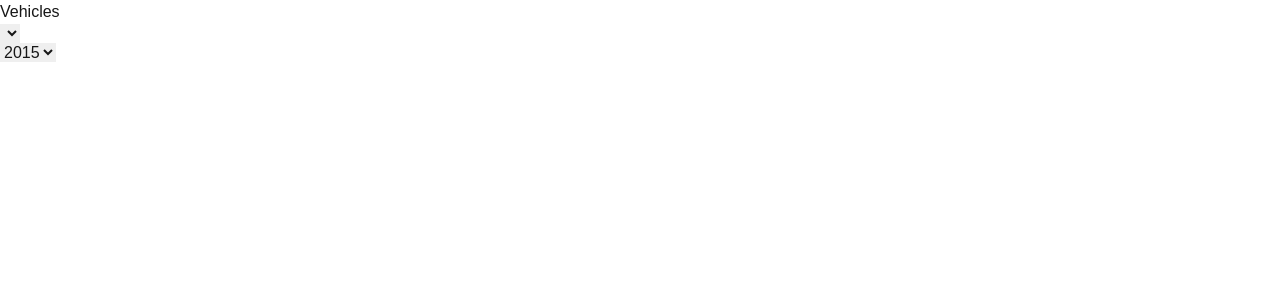
Repository: purpleFade/car-dealer-app
Page: /
An editor plug-in stored every save of this project. The page is shown before and after a run of saves, followed by the edit.
The browser window is 1280 px wide. The pictures show the whole page.
The page's requests for data from a server got no answer. The project was rebuilt for these pictures with package versions that can differ from the ones it lists, and the page was loaded fresh each time. The framework's server and built-in components were replaced by stand-ins that run in the browser. No one was signed in, and anything a server would have sent is missing. Also part of the build but not shown: next.config.ts.

Above is the page before, as saved 2024-12-21 10:44:16.

### src/app/page.tsx
'use client';

import { Vehicle } from '@/types/vehicle';
import { useEffect, useState } from 'react';

const years = Array.from({ length: 2024 - 2015 + 1 }, (_, i) => 2015 + i);

const fetchVehicles = async (): Promise<Vehicle[]> => {
  const response = await fetch(
    'https://vpic.nhtsa.dot.gov/api/vehicles/GetMakesForVehicleType/car?format=json',
  );
  const data = await response.json();

  return data.Results;
};

export default function Home() {
  const [vehicles, setVehicles] = useState<Vehicle[]>([]);

  useEffect(() => {
    fetchVehicles().then((vehicles) => setVehicles(vehicles));
  });

  return (
    <div className=''>
      <h1 className=''>Vehicles</h1>
      <select className="block w-15">
        {vehicles.map((vehicle) => (
          <option key={vehicle.MakeId} value={vehicle.MakeId} className="text-purple-800">
            {vehicle.MakeName}
          </option>
        ))}
      </select>

      <select className="block w-15">
        {years.map((year) => (
          <option key={year} value={year} className="text-purple-800">
            {year}
          </option>
        ))}
      </select>
    </div>
  );
}

Loaded but not shown: src/app/layout.tsx (common file); src/app/globals.css (common file); tailwind.config.ts (common file)

After the next 2 saves:
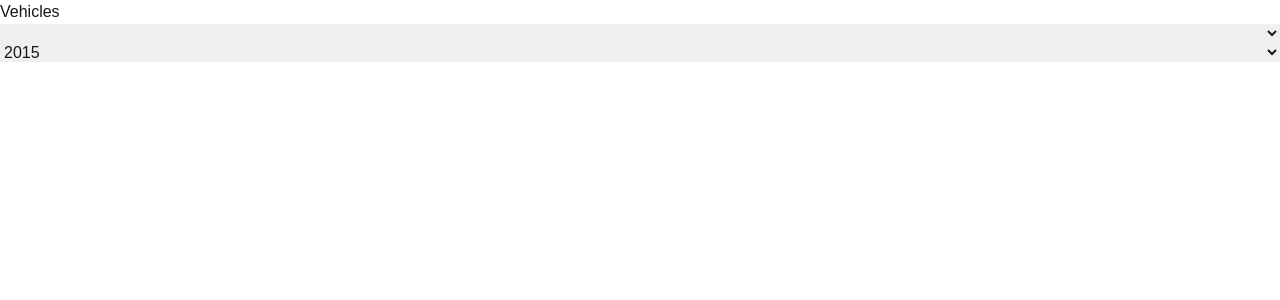
The 2 saves are shown as one change because they came seconds apart.
The last was saved 8 s later.
--- a/src/app/page.tsx
+++ b/src/app/page.tsx
@@ -24,7 +24,7 @@ export default function Home() {
   return (
     <div className=''>
       <h1 className=''>Vehicles</h1>
-      <select className="block w-15">
+      <select className="block w-full">
         {vehicles.map((vehicle) => (
           <option key={vehicle.MakeId} value={vehicle.MakeId} className="text-purple-800">
             {vehicle.MakeName}
@@ -32,7 +32,7 @@ export default function Home() {
         ))}
       </select>
 
-      <select className="block w-15">
+      <select className="block w-full">
         {years.map((year) => (
           <option key={year} value={year} className="text-purple-800">
             {year}
